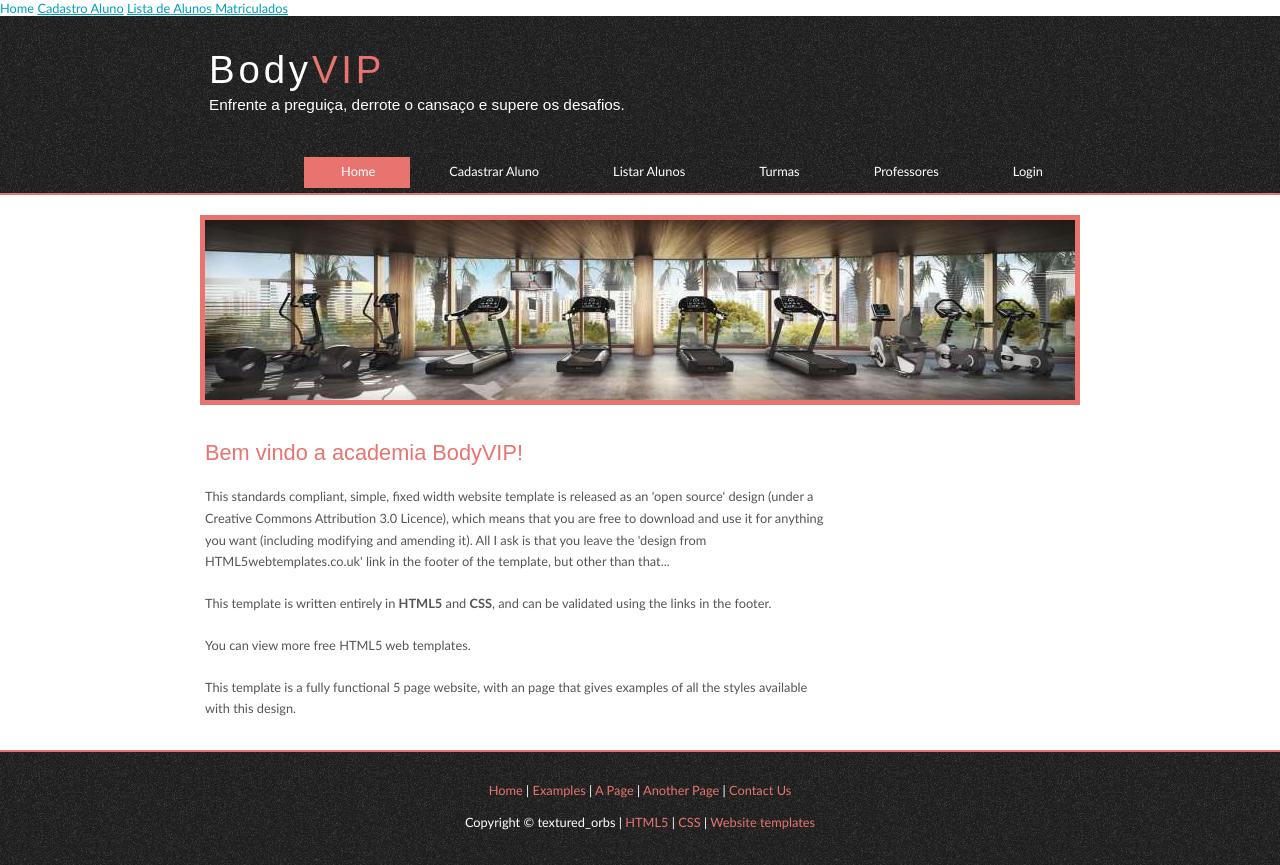
Repository: Thais-Ferreira/Projeto_bodyVIP
Page: http://localhost/BodyVIP/home.jsp
The author's editor kept a copy of each file at every save. The page is drawn from the files as they stood at one save, then again after the next save.
The browser window is 1280 px wide. The pictures show the whole page.
The page is served by Tomcat 9. Other server files are loaded and not shown.

Above is the page before, as saved 2017-06-18 23:29:17.

### BodyVIP/WebContent/home.jsp
<%@ page language="java" contentType="text/html; charset=ISO-8859-1"
    pageEncoding="ISO-8859-1"%>
<!DOCTYPE html PUBLIC "-//W3C//DTD HTML 4.01 Transitional//EN" "http://www.w3.org/TR/html4/loose.dtd">
<html>
<head>
	<meta http-equiv="Content-Type" content="text/html; charset=ISO-8859-1">
	<link rel="stylesheet" type="text/css" href="css/style.css" />
	<title>Home</title>
</head>
<body>
	<jsp:include page="cabecalho.jsp"></jsp:include>
	<div id="main">
    <div id="header">
      <div id="logo">
        <div id="logo_text">
          <!-- class="logo_colour", allows you to change the colour of the text -->
          <h1><a href="index.html">Body<span class="logo_colour">VIP</span></a></h1>
          <h2>Enfrente a preguiça, derrote o cansaço e supere os desafios.</h2>
        </div>
      </div>
      <div id="menubar">
        <ul id="menu">
          <!-- put class="selected" in the li tag for the selected page - to highlight which page you're on -->
          <li class="selected"><a href="index.html">Home</a></li>
          <li><a href="AlunoController?acao=cadastro">Cadastrar Aluno</a></li>
          <li><a href="AlunoController?acao=buscaLista">Listar Alunos</a></li>
          <li><a href="page.html">Turmas</a></li>
          <li><a href="another_page.html">Professores</a></li>
          <li><a href="contact.html">Login</a></li>
        </ul>
      </div>
    </div>
    <div id="content_header"></div>
    <div id="site_content">
      <div id="banner"></div>

      <div id="content">
        <!-- insert the page content here -->
        <h1>Bem vindo a academia BodyVIP!</h1>
        <p>This standards compliant, simple, fixed width website template is released as an 'open source' design (under a Creative Commons Attribution 3.0 Licence), which means that you are free to download and use it for anything you want (including modifying and amending it). All I ask is that you leave the 'design from HTML5webtemplates.co.uk' link in the footer of the template, but other than that...</p>
        <p>This template is written entirely in <strong>HTML5</strong> and <strong>CSS</strong>, and can be validated using the links in the footer.</p>
        <p>You can view more free HTML5 web templates.</p>
        <p>This template is a fully functional 5 page website, with an page that gives examples of all the styles available with this design.</p>
      </div>
    </div>
    <div id="content_footer"></div>
    <div id="footer">
      <p><a href="index.html">Home</a> | <a href="examples.html">Examples</a> | <a href="page.html">A Page</a> | <a href="another_page.html">Another Page</a> | <a href="contact.html">Contact Us</a></p>
      <p>Copyright &copy; textured_orbs | <a href="http://validator.w3.org/check?uri=referer">HTML5</a> | <a href="http://jigsaw.w3.org/css-validator/check/referer">CSS</a> | <a href="http://www.html5webtemplates.co.uk">Website templates</a></p>
    </div>
  </div>
</body>
</html>

### BodyVIP/WebContent/cabecalho.jsp
<%@ page language="java" contentType="text/html; charset=ISO-8859-1"
    pageEncoding="ISO-8859-1"%>
<!DOCTYPE html PUBLIC "-//W3C//DTD HTML 4.01 Transitional//EN" "http://www.w3.org/TR/html4/loose.dtd">
<html>
<head>
<meta http-equiv="Content-Type" content="text/html; charset=ISO-8859-1">
<title>Cabeçalho</title>
</head>
<body>
	<a href="home.jsp">Home</a>
	<a href="AlunoController?acao=cadastro">Cadastro Aluno</a>
	<a href="AlunoController?acao=buscaLista">Lista de Alunos Matriculados</a>
</body>
</html>

### BodyVIP/WebContent/css/style.css
@CHARSET "ISO-8859-1";

html
{ height: 100%;}

*
{ margin: 0;
  padding: 0;}

body
{ font: normal .80em 'trebuchet ms', arial, sans-serif;
  background: #FFF;
  color: #555;}

p
{ padding: 0 0 20px 0;
  line-height: 1.7em;}

img
{ border: 0;}

h1, h2, h3, h4, h5, h6
{ color: #E7746F;
  letter-spacing: 0em;
  padding: 0 0 5px 0;}

h1, h2, h3
{ font: normal 170% 'century gothic', arial;
  margin: 0 0 15px 0;
  padding: 15px 0 5px 0;}

h2
{ font-size: 160%;
  padding: 9px 0 5px 0;}

h3
{ font-size: 140%;
  padding: 5px 0 0 0;}

h4, h6
{ color: #009FBC;
  padding: 0 0 5px 0;
  font: normal 110% arial;
  text-transform: uppercase;}

h5, h6
{ color: #888;
  font: normal 95% arial;
  letter-spacing: normal;
  padding: 0 0 15px 0;}

a, a:hover
{ outline: none;
  text-decoration: underline;
  color: #009FBC;}

a:hover
{ text-decoration: none;}

blockquote
{ margin: 20px 0;
  padding: 10px 20px 0 20px;
  border: 1px solid #E5E5DB;
  background: #FFF;}

ul
{ margin: 2px 0 22px 17px;}

ul li
{ list-style-type: circle;
  margin: 0 0 6px 0;
  padding: 0 0 4px 5px;
  line-height: 1.5em;}

ol
{ margin: 8px 0 22px 20px;}

ol li
{ margin: 0 0 11px 0;}

.left
{ float: left;
  width: auto;
  margin-right: 10px;}

.right
{ float: right;
  width: auto;
  margin-left: 10px;}

.center
{ display: block;
  text-align: center;
  margin: 20px auto;}

#main, #logo, #menubar, #site_content, #footer
{ margin-left: auto;
  margin-right: auto;}

#header
{ background: #1d1d1d url(pattern.png) repeat;
  border-bottom: 2px solid #E7746F;
  height: 177px;}

#banner
{ background: transparent url(banner.jpg) no-repeat;
  width: 870px;
  height: 180px;
  margin-bottom: 20px;
  border: 5px solid #E7746F;}

#logo
{ width: 880px;
  position: relative;
  height: 140px;
  background: transparent;}

#logo #logo_text
{ position: absolute;
  top: 10px;
  left: 0;}

#logo h1, #logo h2
{ font: normal 300% 'century gothic', arial, sans-serif;
  border-bottom: 0;
  text-transform: none;
  margin: 0 0 0 9px;}

#logo_text h1, #logo_text h1 a, #logo_text h1 a:hover
{ padding: 22px 0 0 0;
  color: #FFF;
  letter-spacing: 0.1em;
  text-decoration: none;}

#logo_text h1 a .logo_colour
{ color: #E7746F;}

#logo_text a:hover .logo_colour
{ color: #FFF;}

#logo_text h2
{ font-size: 120%;
  padding: 4px 0 0 0;
  color: #FFF;}

#menubar
{ width: 880px;
  height: 46px;}

ul#menu
{ float: right;
  margin: 0;}

ul#menu li
{ float: left;
  padding: 0 0 0 9px;
  list-style: none;
  margin: 1px 2px 0 0;
  background: transparent;}

ul#menu li a
{ font: normal 100% 'trebuchet ms', sans-serif;
  display: block;
  float: left;
  height: 20px;
  padding: 6px 35px 5px 28px;
  text-align: center;
  color: #FFF;
  text-decoration: none;
  background: transparent;}

ul#menu li.selected a
{ height: 20px;
  padding: 6px 35px 5px 28px;}

ul#menu li.selected
{ margin: 1px 2px 0 0;
  background: #E7746F;}

ul#menu li.selected a, ul#menu li.selected a:hover
{ background: #E7746F;
  color: #FFF;}

ul#menu li a:hover
{ color: #FFF;
  background: #E7746F;}

#site_content
{ width: 880px;
  overflow: hidden;
  margin: 20px auto 0 auto;
  padding: 0 0 10px 0;}

#sidebar_container
{ float: right;
  width: 224px;}

.sidebar_top
{ width: 222px;
  height: 14px;
  background: transparent url(side_top.png) no-repeat;}

.sidebar_base
{ width: 222px;
  height: 14px;
  background: url(side_base.png) no-repeat;}

.sidebar
{ float: right;
  width: 222px;
  padding: 0;
  margin: 0 0 16px 0;}

.sidebar_item
{ background: url(side_back.png) repeat-y;
  padding: 0 15px;
  width: 192px;}

.sidebar li a.selected
{ color: #444;}

.sidebar ul
{ margin: 0;}

#content
{ text-align: left;
  width: 620px;
  padding: 0 0 0 5px;
  float: left;}

#content ul
{ margin: 2px 0 22px 0px;}

#content ul li, .sidebar ul li
{ list-style-type: none;
  background: url(bullet.png) no-repeat;
  margin: 0 0 0 0;
  padding: 0 0 4px 25px;
  line-height: 1.5em;}

#footer
{ width: 100%;
  font-family: 'trebuchet ms', sans-serif;
  font-size: 100%;
  height: 80px;
  padding: 28px 0 5px 0;
  text-align: center;
  background: transparent url(pattern.png) repeat;
  border-top: 2px solid #E7746F;
  color: #FFF;}

#footer p
{ line-height: 1.7em;
  padding: 0 0 10px 0;}

#footer a
{ color: #E7746F;
  text-decoration: none;}

#footer a:hover
{ color: #FFF;
  text-decoration: none;}

.search
{ color: #5D5D5D;
  border: 1px solid #BBB;
  width: 134px;
  padding: 4px;
  font: 100% arial, sans-serif;}

.form_settings
{ margin: 15px 0 0 0;}

.form_settings p
{ padding: 0 0 4px 0;}

.form_settings span
{ float: left;
  width: 200px;
  text-align: left;}

.form_settings input, .form_settings textarea
{ padding: 5px;
  width: 299px;
  font: 100% arial;
  border: 1px solid #E5E5DB;
  background: #FFF;
  color: #47433F;}

.form_settings .submit
{ font: 100% arial;
  border: 0;
  width: 99px;
  margin: 0 0 0 212px;
  height: 33px;
  padding: 2px 0 3px 0;
  cursor: pointer;
  background: #E7746F;
  color: #FFF;}

.form_settings textarea, .form_settings select
{ font: 100% arial;
  width: 299px;}

.form_settings select
{ width: 310px;}

.form_settings .checkbox
{ margin: 4px 0;
  padding: 0;
  width: 14px;
  border: 0;
  background: none;}

.separator
{ width: 100%;
  height: 0;
  border-top: 1px solid #D9D5CF;
  border-bottom: 1px solid #FFF;
  margin: 0 0 20px 0;}

table
{ margin: 10px 0 30px 0;}

table tr th, table tr td
{ background: #E7746F;
  color: #FFF;
  padding: 7px 4px;
  text-align: left;}

table tr td
{ background: #E5E5DB;
  color: #47433F;
  border-top: 1px solid #FFF;}

After the next save:
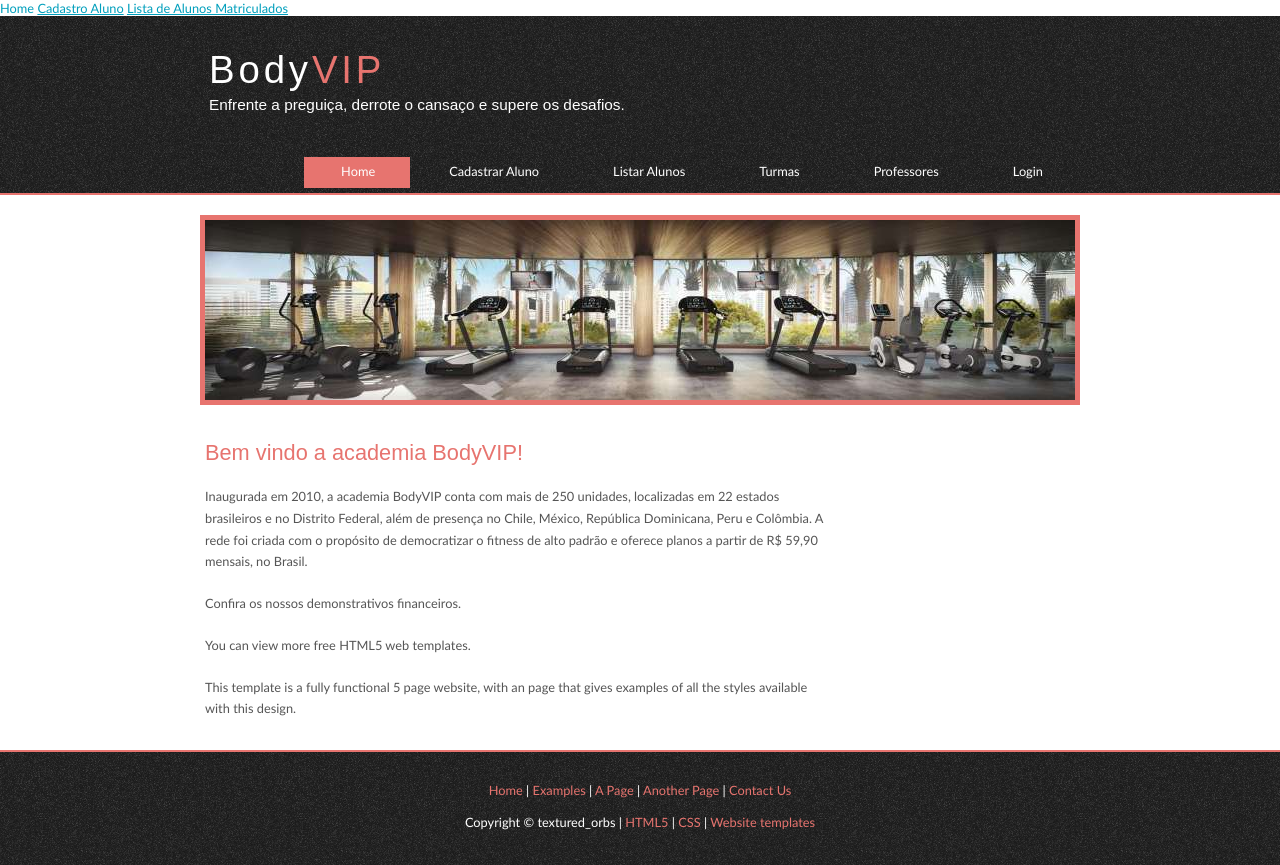
Saved 2 min 34 s later.
--- a/BodyVIP/WebContent/home.jsp
+++ b/BodyVIP/WebContent/home.jsp
@@ -37,8 +37,9 @@
       <div id="content">
         <!-- insert the page content here -->
         <h1>Bem vindo a academia BodyVIP!</h1>
-        <p>This standards compliant, simple, fixed width website template is released as an 'open source' design (under a Creative Commons Attribution 3.0 Licence), which means that you are free to download and use it for anything you want (including modifying and amending it). All I ask is that you leave the 'design from HTML5webtemplates.co.uk' link in the footer of the template, but other than that...</p>
-        <p>This template is written entirely in <strong>HTML5</strong> and <strong>CSS</strong>, and can be validated using the links in the footer.</p>
+        <p>Inaugurada em 2010, a academia BodyVIP conta com mais de 250 unidades, localizadas em 22 estados brasileiros e no Distrito Federal, além de presença no Chile, México, República Dominicana, Peru e Colômbia. A rede foi criada com o propósito de democratizar o fitness de alto padrão e oferece planos a partir de R$ 59,90 mensais, no Brasil.
+		</p>
+        <p>Confira os nossos demonstrativos financeiros.</p>
         <p>You can view more free HTML5 web templates.</p>
         <p>This template is a fully functional 5 page website, with an page that gives examples of all the styles available with this design.</p>
       </div>
